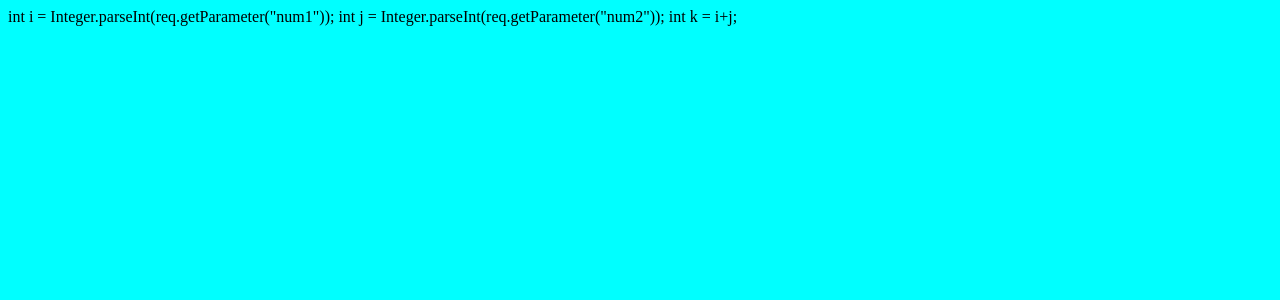
Repository: HetAxelor2021/Servlet
Page: http://localhost/DemoApp/src/main/WebContent/add.jsp
The author's editor kept a copy of each file at every save. The page is drawn from the files as they stood at one save, then again after the next save.
The browser window is 1280 px wide. The pictures show the whole page.
The page is served by Tomcat 9. Nobody is signed in. The application's start-up code is not run.

Above is the page before, as saved 2021-09-20 09:21:50.

After the next save:
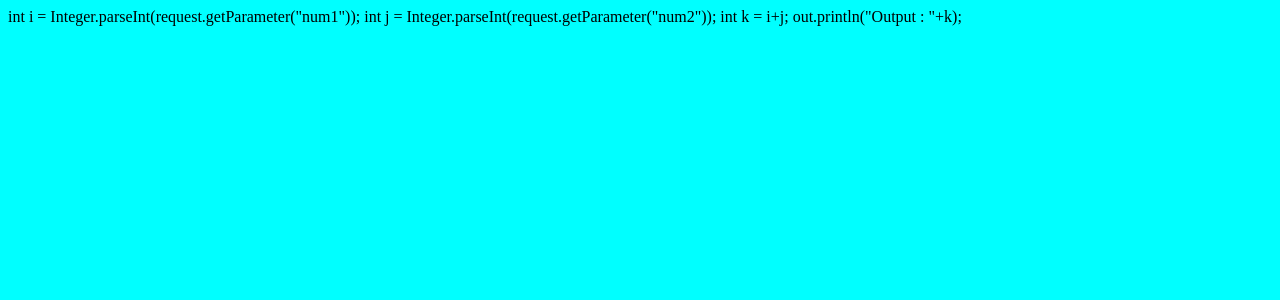
Saved 30 s later.
--- a/project2/DemoApp/src/main/WebContent/add.jsp
+++ b/project2/DemoApp/src/main/WebContent/add.jsp
@@ -7,9 +7,11 @@
 <title>Insert title here</title>
 </head>
 <body bgcolor="cyan">
-	int i = Integer.parseInt(req.getParameter("num1"));
-		int j = Integer.parseInt(req.getParameter("num2"));
+	int i = Integer.parseInt(request.getParameter("num1"));
+		int j = Integer.parseInt(request.getParameter("num2"));
 
 		int k = i+j;
+
+		out.println("Output : "+k);
 </body>
 </html>
